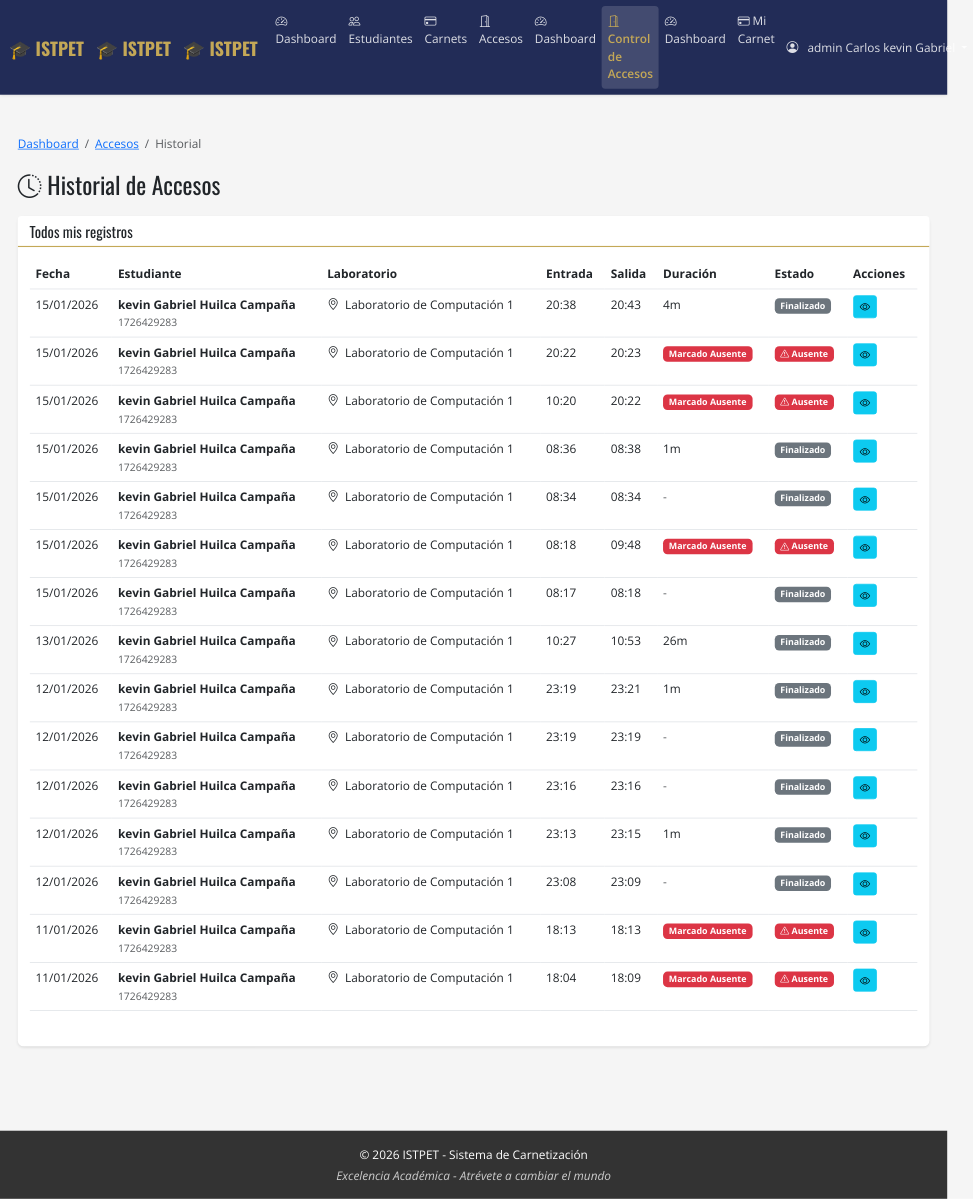
Repository: Inforney/sistema-carnetizacion-istpet
Page: http://localhost/profesor/accesos/historial
An editor plug-in stored every save of this project. The page is shown before and after the next save, followed by the edit.
The browser window is 1280 px wide. The page is 1315 px wide, so the pictures cover 1315 px, including what lies to the right of the window. The pictures show the whole page, at 74% of full size.
The page is served by the project's Laravel application, run on PHP 8.4 with Laravel 10. The first stored user is signed in. The database holds what the project's SQL file puts in it.

Above is the page before, as saved 2026-01-15 20:34:09.

After the next save:
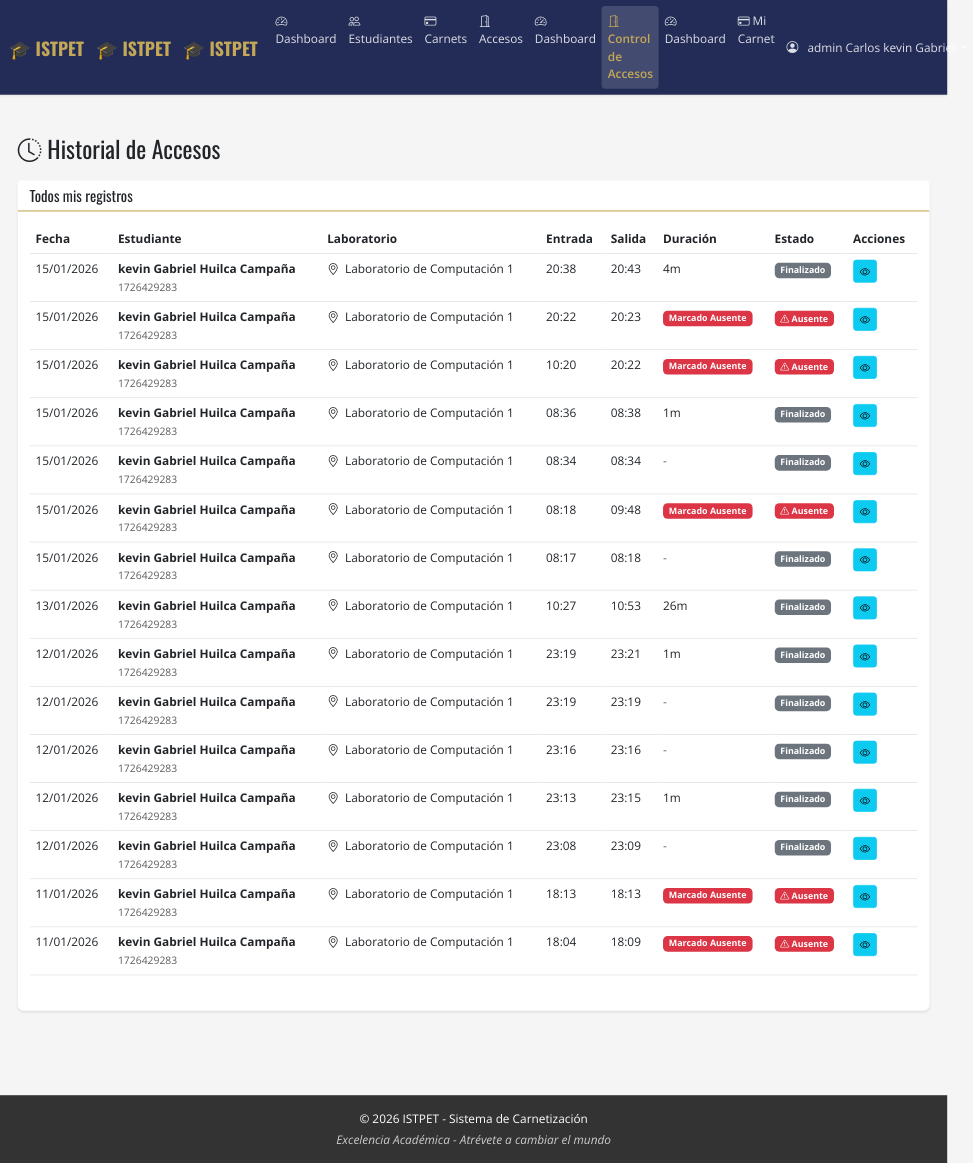
Saved 45 s later.
--- a/resources/views/profesor/accesos/historial.blade.php
+++ b/resources/views/profesor/accesos/historial.blade.php
@@ -4,18 +4,6 @@
 
 @section('content')
 <div class="container-fluid py-4">
-    {{-- Breadcrumb --}}
-    <nav aria-label="breadcrumb" class="mb-4">
-        <ol class="breadcrumb">
-            <li class="breadcrumb-item">
-                <a href="{{ route('profesor.dashboard') }}">Dashboard</a>
-            </li>
-            <li class="breadcrumb-item">
-                <a href="{{ route('profesor.accesos.index') }}">Accesos</a>
-            </li>
-            <li class="breadcrumb-item active">Historial</li>
-        </ol>
-    </nav>
 
     <h2 class="mb-4">
         <i class="bi bi-clock-history me-2"></i>Historial de Accesos
